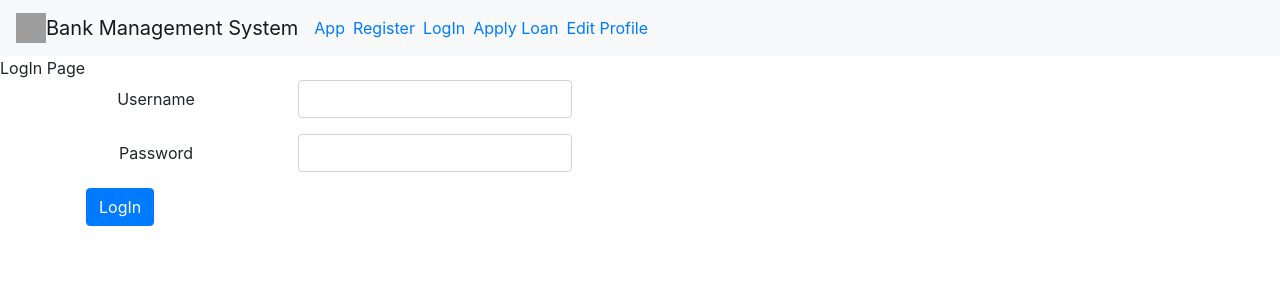
Repository: Nilkumar-Sharma/Bank-Management-System-Frontend-React
Page: /login
The author's editor kept a copy of each file at every save. The page is drawn from the files as they stood at one save, then again after the next save.
The browser window is 1280 px wide. The pictures show the whole page.
Pictures or frames that could not be fetched are drawn as grey boxes. The project was rebuilt for these pictures with package versions that can differ from the ones it lists, and the page was loaded fresh each time. Also part of the build but not shown: src/App.css, src/Counter/Counter.js, src/App.js, src/components/Register/Register.module.scss, src/components/Register/Register.js, src/components/LogIn/LogIn.module.scss, src/components/Loan/Loan.module.scss, src/components/Loan/Loan.js and 1 more.

Above is the page before, as saved 2020-07-28 13:48:16.

After the next save:
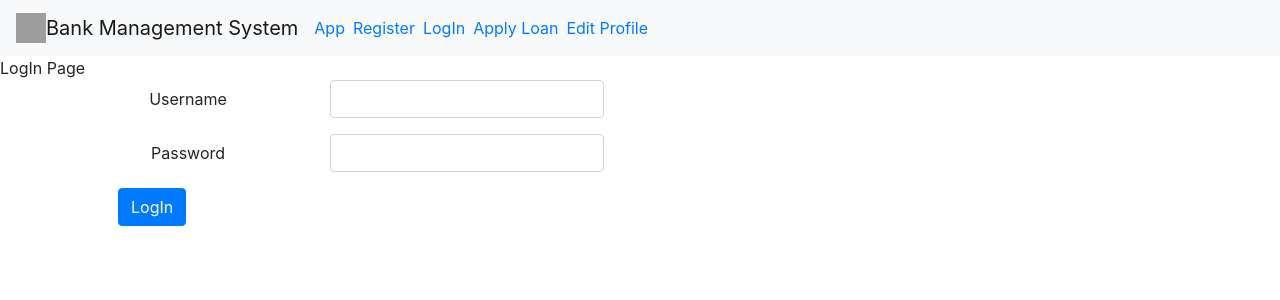
Saved 4 s later.
--- a/src/components/LogIn/LogIn.js
+++ b/src/components/LogIn/LogIn.js
@@ -17,7 +17,7 @@ class LogIn extends Component{
     render() {
         return (<div>
             LogIn Page
-            <div className="container pl-3">
+            <div className="container pl-5">
                 {/* <InputField Label="Name"></InputField> */}
                 <InputField Label="Username"></InputField>
                 <InputField Label="Password"></InputField>
